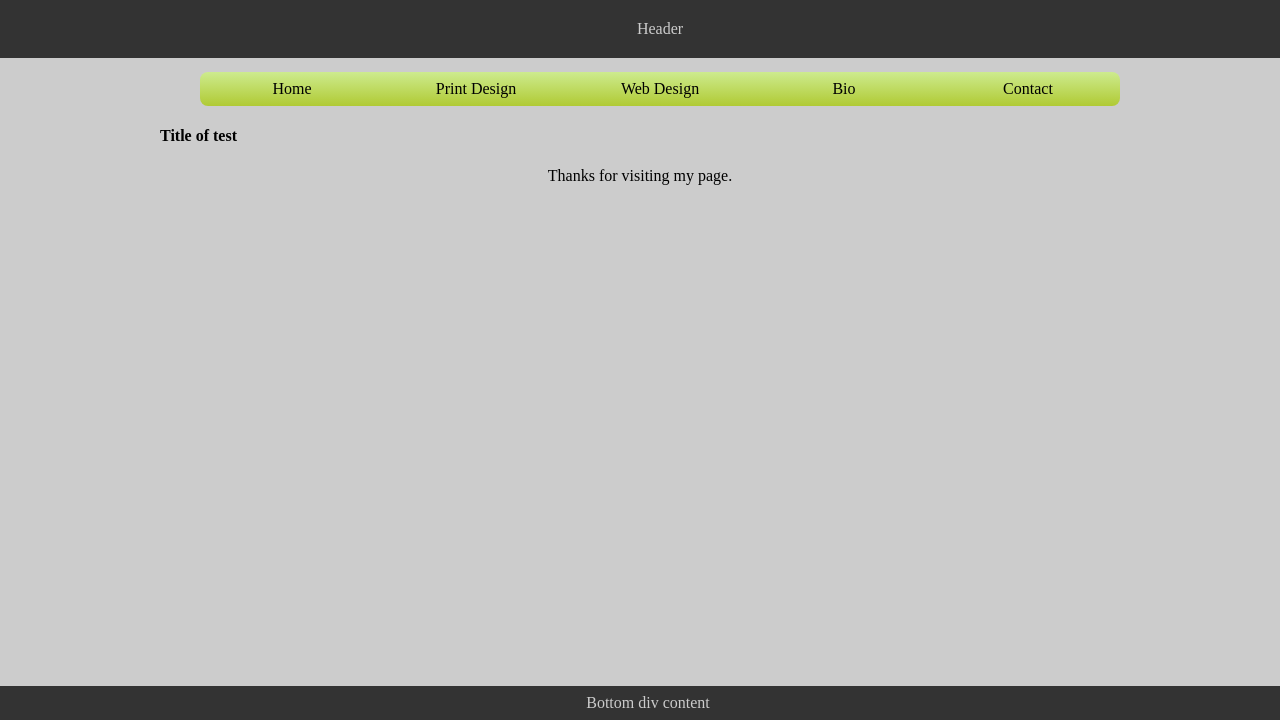
Repository: movitkr/testjava
Page: http://localhost/JavaSP/
An editor plug-in stored every save of this project. The page is shown before and after the next save, followed by the edit.
The browser window is 1280 px wide. The pictures show the whole page.
The page is served by Tomcat 9.

Above is the page before, as saved 2016-02-03 13:06:04.

### JavaSP/WebContent/main.jsp
<%@ page language="java" contentType="text/html; charset=UTF-8"
    pageEncoding="UTF-8"%>
<!DOCTYPE html PUBLIC "-//W3C//DTD HTML 4.01 Transitional//EN" "http://www.w3.org/TR/html4/loose.dtd">
<html>
<head>
<meta http-equiv="Content-Type" content="text/html; charset=UTF-8">
<title>Insert title here</title>
<link rel="stylesheet" type="text/css" href="mainbody.css">
</head>
<%@ include file="header.jsp" %>
<%@ include file="nav.html" %>
<body>
<div id="test">
  <h4>
    Title of test
  </h4>
</div>
<center>
<p>Thanks for visiting my page.</p>
</center>
<%@ include file="footer.jsp" %>
</body>
</html>

### JavaSP/WebContent/header.jsp
<%@ page language="java" contentType="text/html; charset=UTF-8"
    pageEncoding="UTF-8"%>
<!DOCTYPE html PUBLIC "-//W3C//DTD HTML 4.01 Transitional//EN" "http://www.w3.org/TR/html4/loose.dtd">
<html>
<style type="text/css">
div#fixedheader {
	position:fixed;
	top:0px;
	left:0px;
	width:100%;
	color:#CCC;
	background:#333;
	padding:20px;
}

</style>
<head>
<title>The include Directive Example</title>
</head>
<body>
<center>
<p>
<div id="fixedheader">Header</div>
</p>
</center>
<br/><br/>

### JavaSP/WebContent/nav.html
<!DOCTYPE html>
<html>
<head>
<link rel="stylesheet" type="text/css" href="a.css">
</head>

<nav>
  <ul>
    <li>
       <a href="#">Home</a>
    </li>
    <li>
      <a href="#">Print Design</a>
    </li>
    <li>
      <a href="#">Web Design</a>
    </li>
    <li>
      <a href="#">Bio</a>
    </li>
    <li>
      <a href="#">Contact</a>
    </li>
  </ul>
</nav>

</html>

### JavaSP/WebContent/footer.jsp
<%@ page language="java" contentType="text/html; charset=UTF-8"
    pageEncoding="UTF-8"%>
<!DOCTYPE html PUBLIC "-//W3C//DTD HTML 4.01 Transitional//EN" "http://www.w3.org/TR/html4/loose.dtd">
<html>
<style type="text/css">

div#fixedfooter {
	position:fixed;
	bottom:0px;
	left:0px;
	width:100%;
	color:#CCC;
	background:#333;
	padding:8px;
}
</style>
<head>
<meta http-equiv="Content-Type" content="text/html; charset=UTF-8">
<title>Insert title here</title>
</head>
<body>
<br/><br/>
<center>
<p>
<div id="fixedfooter">Bottom div content</div>

</center>
</body>
</html>

### JavaSP/WebContent/mainbody.css
@CHARSET "UTF-8";
body {
	background-color: #CCC;
	margin:80px 80px 100px 100px;
}

### JavaSP/WebContent/a.css
body {

  width: 100%;

  max-width: 960px;

  margin: 0 auto; }

nav {

  width: 100%;

  margin: 20px 0; }

nav ul {

  list-style: none;

  overflow: hidden; }

nav ul li {

  float: left;

  width: 20%; }

nav ul li a {

  text-align: center;

  padding: 8px 0;

  display: block;

  width: 100%;

  background: #cdeb8e; /* Old browsers */

  background: -moz-linear-gradient(top, #cdeb8e 0%, #b0ca34 100%); /* FF3.6+ */

  background: -webkit-gradient(linear, left top, left bottom, color-stop(0%,#cdeb8e), color-stop(100%,#b0ca34)); /* Chrome,Safari4+ */

  background: -webkit-linear-gradient(top, #cdeb8e 0%,#b0ca34 100%); /* Chrome10+,Safari5.1+ */

  background: -o-linear-gradient(top, #cdeb8e 0%,#b0ca34 100%); /* Opera 11.10+ */

  background: linear-gradient(to bottom, #cdeb8e 0%,#b0ca34 100%); /* W3C, IE10+ */

  filter: progid:DXImageTransform.Microsoft.gradient( startColorstr='#cdeb8e', endColorstr='#b0ca34',GradientType=0 ); /* IE6-9 */

  endColorstr='#b0ca34',GradientType=0 ); /* IE6-9 */

}

nav ul li a,

nav ul li a:focus,

nav ul li a:visited,

nav ul li a:hover,

nav ul li a:active {

  color: #000;

  text-decoration: none; }

nav ul li a:hover,

nav ul li a:active {

  background: #b0ca34; /* Old browsers */

  background: -moz-linear-gradient(top, #b0ca34 0%, #96c40d 100%); /* FF3.6+ */

  background: -webkit-gradient(linear, left top, left bottom, color-stop(0%,#b0ca34), color-stop(100%,#96c40d)); /* Chrome,Safari4+ */

  background: -webkit-linear-gradient(top, #b0ca34 0%,#96c40d 100%); /* Chrome10+,Safari5.1+ */

  background: -o-linear-gradient(top, #b0ca34 0%,#96c40d 100%); /* Opera 11.10+ */

  background: linear-gradient(to bottom, #b0ca34 0%,#96c40d 100%); /* W3C, IE10+ */

  filter: progid:DXImageTransform.Microsoft.gradient( startColorstr='#b0ca34', endColorstr='#96c40d',GradientType=0 ); /* IE6-9 */

}

nav ul li:first-child a {

  border-top-left-radius: 8px;

  border-bottom-left-radius: 8px; }

nav ul li:last-child a {

  border-top-right-radius: 8px;

  border-bottom-right-radius: 8px; }

After the next save:
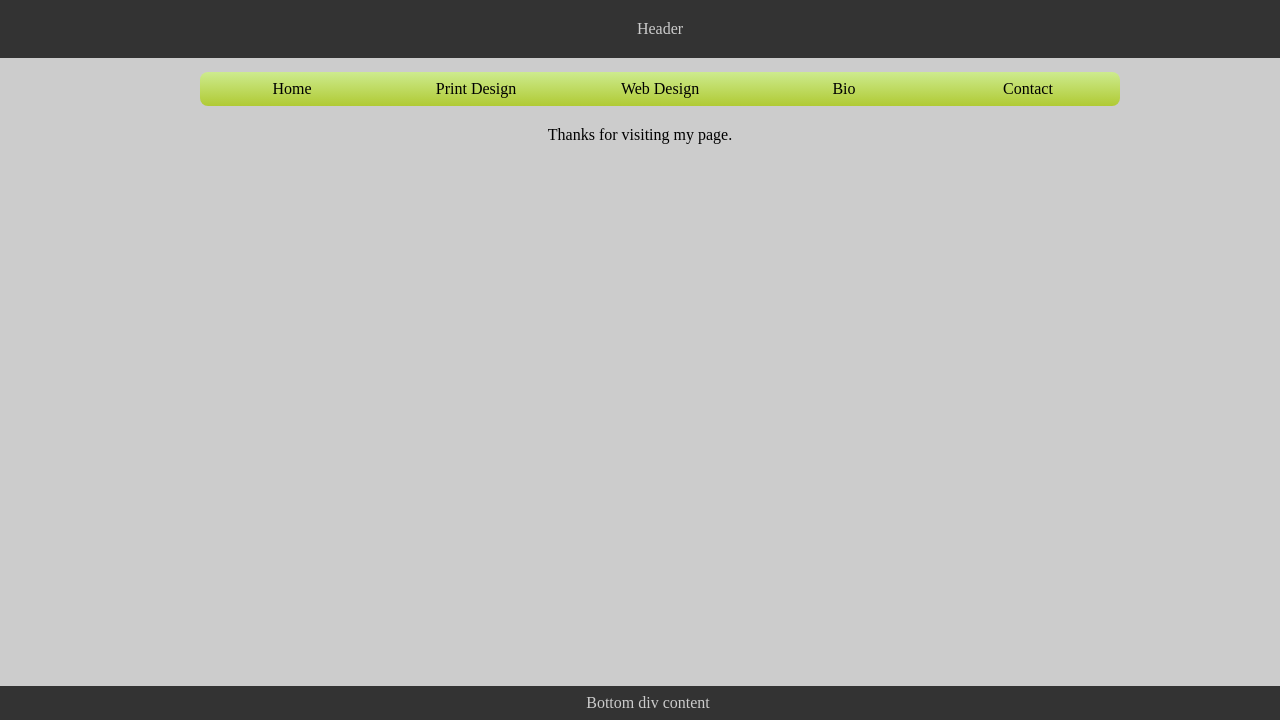
Saved 5 s later.
--- a/JavaSP/WebContent/main.jsp
+++ b/JavaSP/WebContent/main.jsp
@@ -10,11 +10,7 @@
 <%@ include file="header.jsp" %>
 <%@ include file="nav.html" %>
 <body>
-<div id="test">
-  <h4>
-    Title of test
-  </h4>
-</div>
+
 <center>
 <p>Thanks for visiting my page.</p>
 </center>
